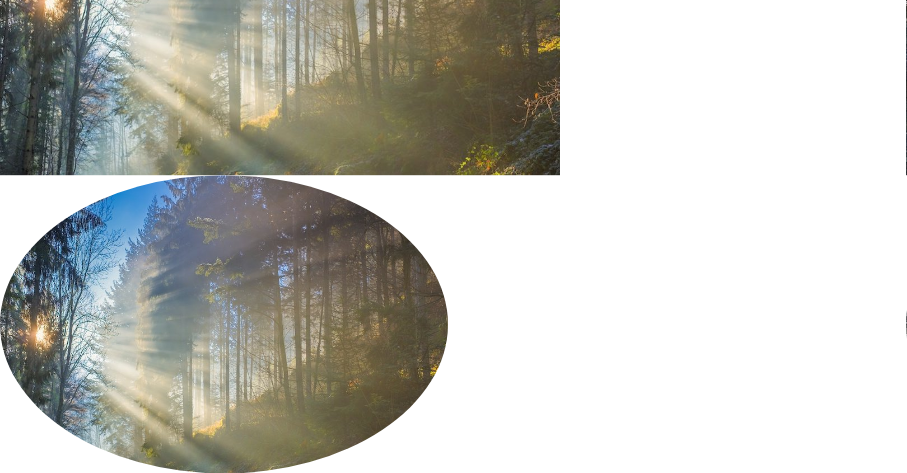
Repository: jessehapuli/jessehapuli.github.io
Page: Bootstrap/index.html
The author's editor kept a copy of each file at every save. The page is drawn from the files as they stood at one save, then again after the next save.
The browser window is 1280 px wide. The page is 1295 px wide, so the pictures cover 1295 px, including what lies to the right of the window. The pictures show the part of the page from y = 1216 to 3096 px (the page is 1892 px tall before and 3388 px after), at 70% of full size.

Above is the page before, as saved 2024-04-24 12:51:06.

After the next save:
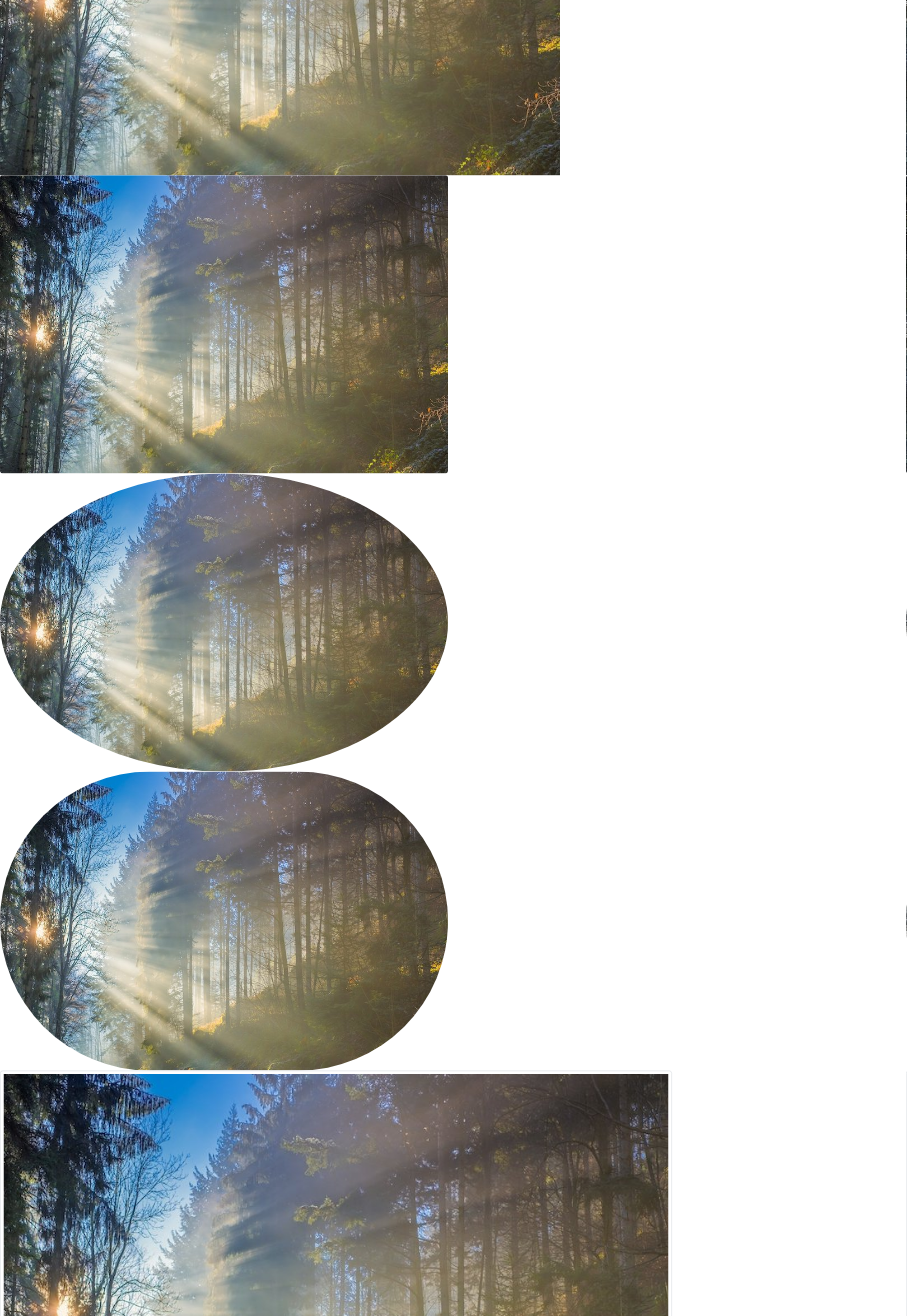
Saved 67 s later.
--- a/Bootstrap/index.html
+++ b/Bootstrap/index.html
@@ -69,7 +69,10 @@
 
     <!--images-->
     <img src="..\img/bootstrap_images/sample.jpg" class="h-25">
+    <img src="..\img/bootstrap_images/sample.jpg" class="w-50 rounded">
     <img src="..\img/bootstrap_images/sample.jpg" class="w-50 rounded-circle">
+    <img src="..\img/bootstrap_images/sample.jpg" class="w-50 rounded-pill">
+    <img src="..\img/bootstrap_images/sample.jpg" class="w-75 img-thumbnail">
 
     <!-- Optional JavaScript; choose one of the two! -->
 
